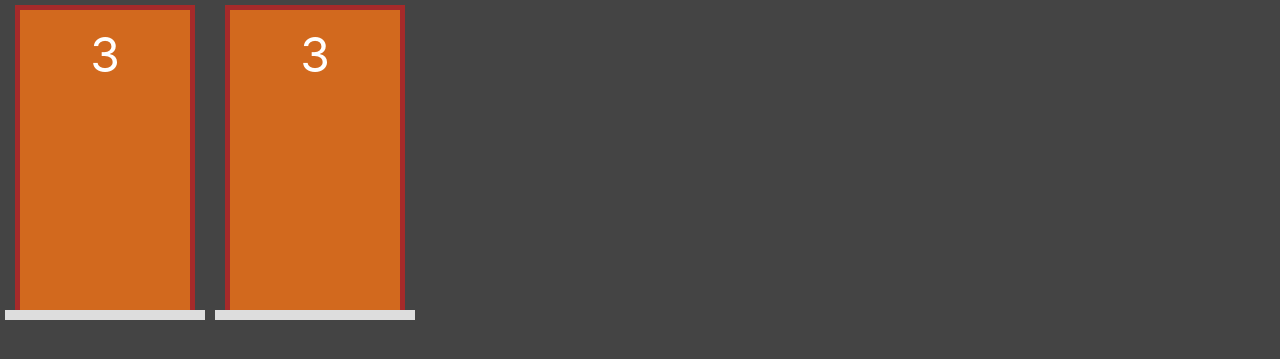
Repository: Mira757/Projeto-Porta-Premiada
Page: /
These files come from the project's save history. The page is drawn as it stood at one moment and after the next save; the edit follows.
The browser window is 1280 px wide. The pictures show the whole page.
The project was rebuilt for these pictures with package versions that can differ from the ones it lists, and the page was loaded fresh each time. The framework's server and built-in components were replaced by stand-ins that run in the browser. Also part of the build but not shown: next.config.js, styles/Presente.module.css, components/Presente.jsx.

Above is the page before, as saved 2022-03-16 18:40:09.

After the next save:
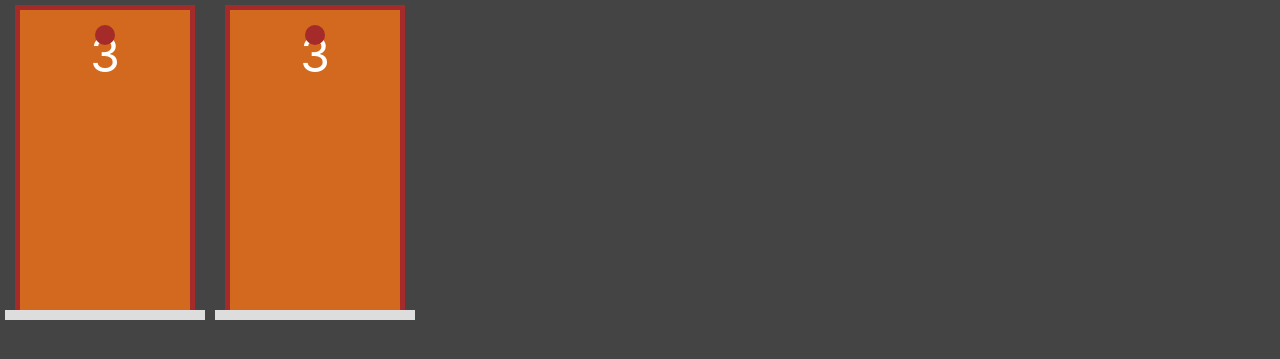
Saved 18 s later.
--- a/styles/Porta.module.css
+++ b/styles/Porta.module.css
@@ -30,9 +30,11 @@
 }
 
 .macaneta {
+  position: absolute;
   height: 20px;
   width: 20px;
   border-radius: 10px;
+  background-color: brown;
 }
 
 .chao {
